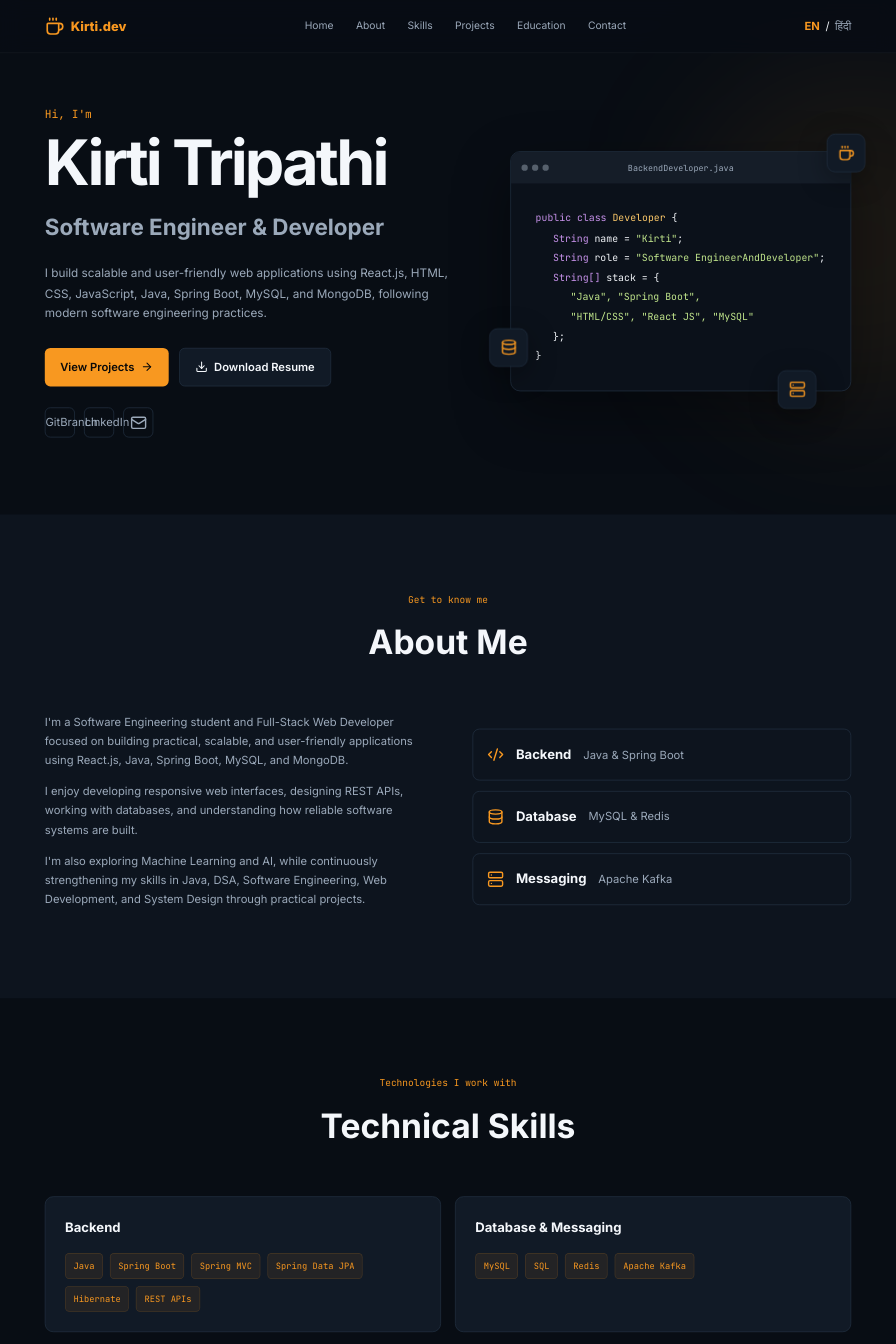
Repository: Rashi-Kirti06/En-Hi-Portfolio
Page: /
An editor plug-in stored every save of this project. The page is shown before and after a run of saves, followed by the edit.
The browser window is 1280 px wide. The pictures show the part of the page from y = 0 to 1920 px (the page is 4899 px tall), at 70% of full size.
The project was rebuilt for these pictures with package versions that can differ from the ones it lists, and the page was loaded fresh each time. Also part of the build but not shown: vite.config.js.

Above is the page before, as saved 2026-09-06 16:16:16.

After the next 2 saves:
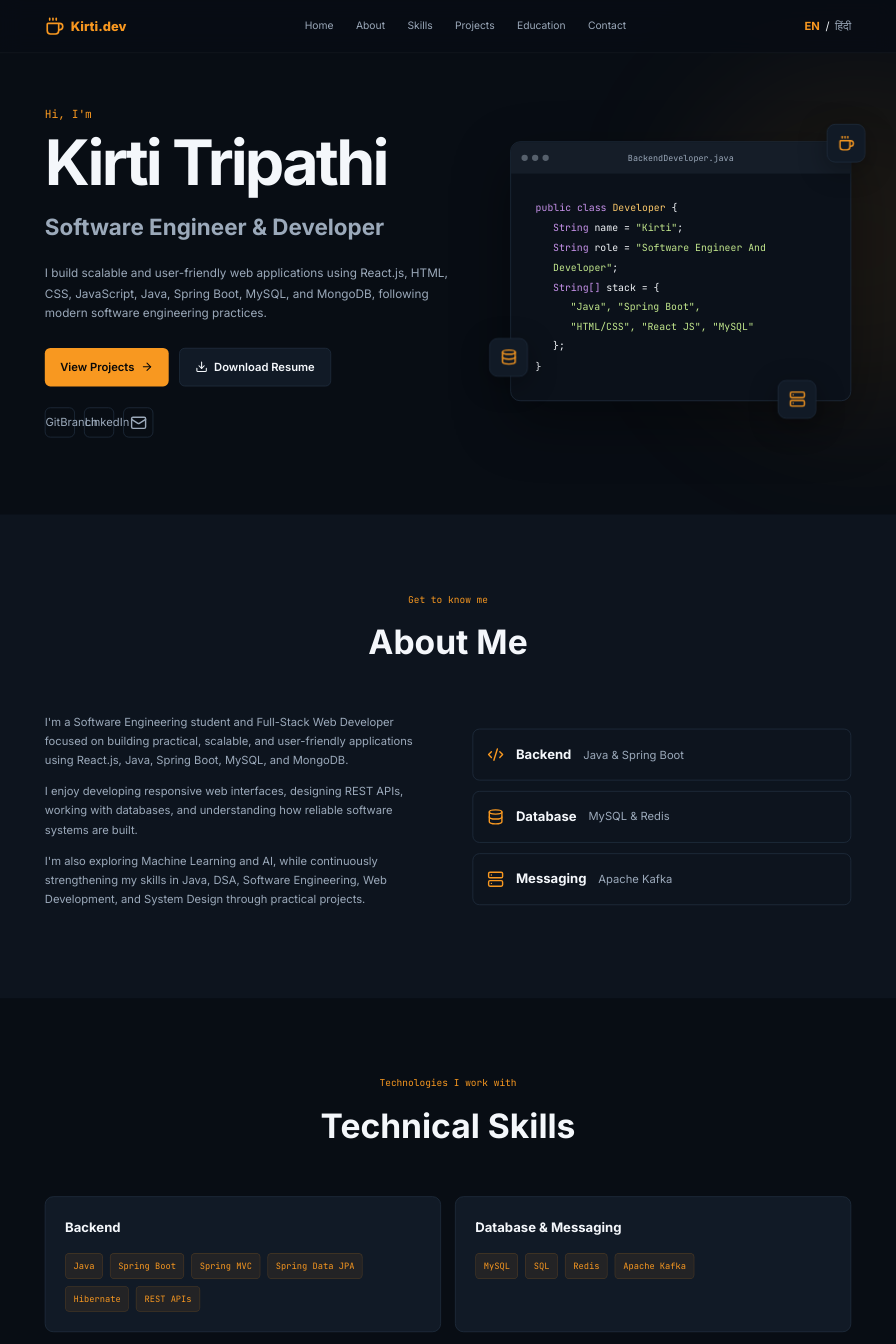
The 2 saves are shown as one change because they came seconds apart.
The last was saved 12 s later.
--- a/src/components/Hero.jsx
+++ b/src/components/Hero.jsx
@@ -120,7 +120,7 @@ function Hero({ language }) {
                 <span className="code-purple">String</span> role =
                 <span className="code-green">
                   {" "}
-                  "Software EngineerAndDeveloper"
+                  "Software Engineer And Developer"
                 </span>;
               </p>
 
